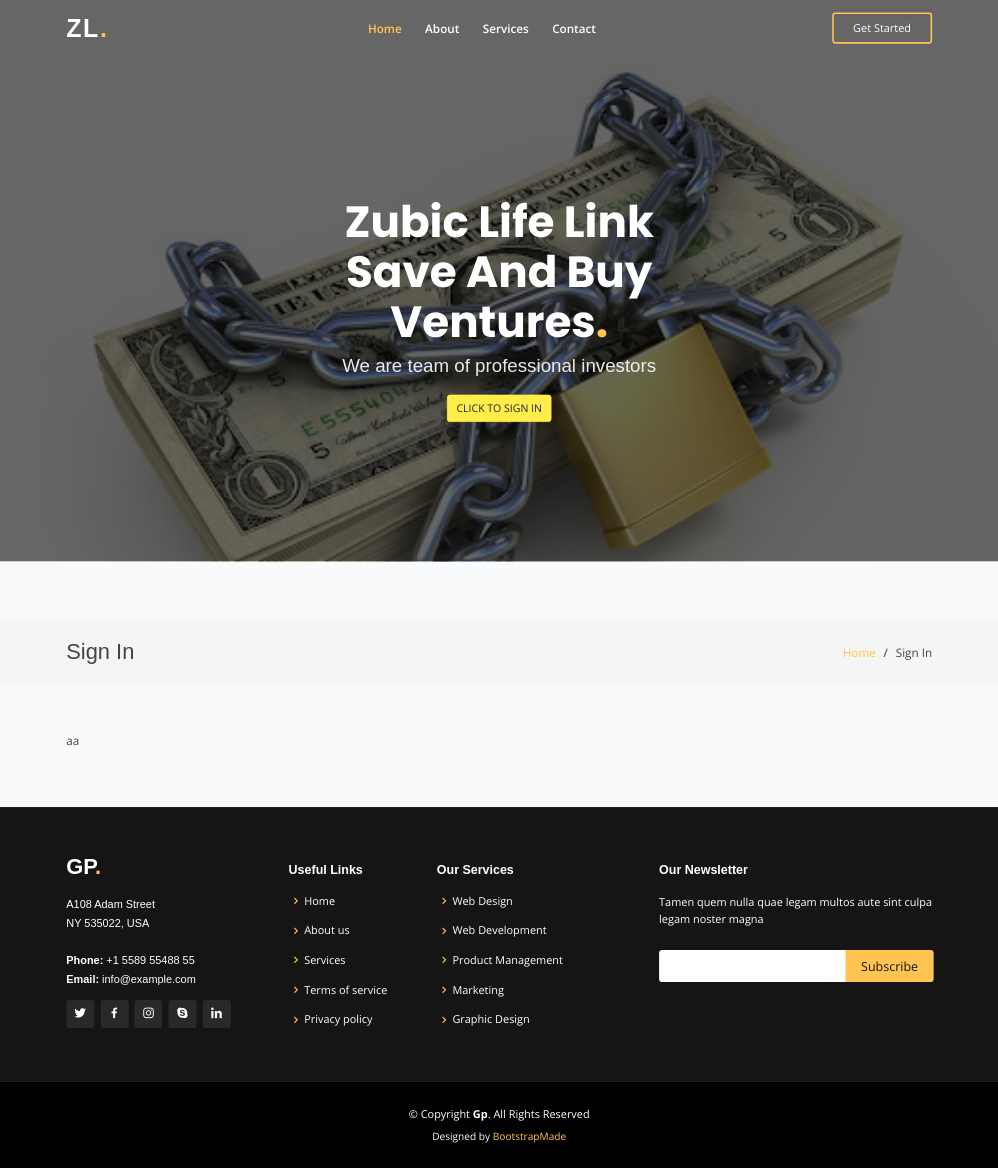
Repository: seyicoded/Zubi-Life-Ventures
Page: http://localhost/safelock
These files come from the project's save history. The page is drawn as it stood at one moment and after the next save; the edit follows.
The browser window is 1280 px wide. The pictures show the whole page, at 78% of full size.
Backgrounds fixed to the window are drawn as part of the page. Some web fonts or font styles are not loaded; a fallback is used. The page is served by the project's Laravel application, run on PHP 8.4 with Laravel 8. Other server files are loaded and not shown. The database holds what the project's SQL file puts in it.

Above is the page before, as saved 2021-11-12 22:59:40.

### routes/web.php
<?php

/*
|--------------------------------------------------------------------------
| Web Routes
|--------------------------------------------------------------------------
|
| Here is where you can register web routes for your application. These
| routes are loaded by the RouteServiceProvider within a group which
| contains the "web" middleware group. Now create something great!
|
*/

Route::get('/', 'Guest\Home@home');
Route::get('/sign-in', 'Guest\Home@signin');
Route::post('/sign-in', 'Guest\Home@signin_now');

// user aspect

// Admin aspect
Route::group(['namespace'=>'Admin', 'prefix' => 'admin'], function(){

    Route::get('/login', function () {
        return view('admin.signin');
    });
    Route::post('/login', 'Auth@login_admin');
    Route::post('/logout', 'Auth@logout_now');

    Route::group(['middleware'=>'admin_auth'], function(){
        Route::get('/', function () {
            return view('admin.home');
        });

        // category aspect
        Route::get('/create-category', 'Categories@create_view');
        Route::post('/create-category', 'Categories@create_now');
        Route::get('/view-category', 'Categories@view_all');
        Route::get('/edit-category/{c_id}', 'Categories@edit_view');
        Route::post('/edit-category/{c_id}', 'Categories@edit_now');

        // package aspect
        Route::get('/create-package', 'Packages@create_view');
        Route::post('/create-package', 'Packages@create_now');
        Route::get('/view-packages', 'Packages@view_packages');
        Route::get('/edit-package/{p_id}', 'Packages@edit_view');
        Route::post('/edit-package/{p_id}', 'Packages@edit_now');
        Route::get('/delete-package-other-image/{po_id}', 'Packages@delete_po_now');

        // workers
        Route::get('/create-worker', 'Workers@create_worker');
        Route::post('/create-worker', 'Workers@create_worker_now');
        Route::get('/view-workers', 'Workers@view_workers');
        Route::get('/edit-worker/{a_id}', 'Workers@edit_view');
        Route::post('/edit-worker/{a_id}', 'Workers@edit_now');

        // investors aspect
        Route::get('/create-investor', 'Investors@create_investor');
        Route::post('/create-investor', 'Investors@create_investor_now');
        Route::get('/view-investors', 'Investors@view_investors');
        Route::get('/view-investors-under/{a_id}', 'Investors@view_investors_under');
        Route::get('/edit-investor/{i_id}', 'Investors@edit_investor');
        Route::post('/edit-investor/{i_id}', 'Investors@edit_investor_now');


    });

});

// user aspect
Route::group(['namespace'=>'User'], function(){

    // bottom side for dynamic category route and it content
    Route::get('/{route_name}', 'Logic1@view_categories');
});

### app/Http/Controllers/User/Logic1.php
<?php

namespace App\Http\Controllers\User;

use Illuminate\Http\Request;
use App\Http\Controllers\Controller;
use Illuminate\Support\Facades\DB;

class Logic1 extends Controller
{
    public function view_categories($route_name){
        // echo $route_name;
        // get category information
        $cat_ = DB::select('SELECT * from category where route_name = ?', [$route_name]);
        if(count($cat_) == 0){
            return response('', 404);
        }
        $cat_dt = $cat_[0];
        $packages = DB::select('SELECT * from packages where c_id = ?', [$cat_dt->c_id]);
        return view('user.category')->with('data', ['cat' => $cat_dt, 'packages' => $packages]);
    }
}

### resources/views/user/category.blade.php
@extends('layout.app')

@section('content')
    <style>
        #hero{
            background-image: url("{{url('auto_images/category/'.$data['cat']->main_image)}}") !important;
        }
    </style>
    <!-- ======= Hero Section ======= -->
  <section id="hero" class="d-flex align-items-center justify-content-center">
    <div class="container" data-aos="fade-up">

      <div class="row justify-content-center" data-aos="fade-up" data-aos-delay="150">
        <div class="col-xl-6 col-lg-8">
            <h1>Zubic Life Link Save And Buy Ventures<span>.</span></h1>
            <h2>We are team of professional investors</h2>

            <br />
            <a name="" id="" class="btn btn-warning" href="#main" role="button">CLICK TO SIGN IN</a>
        </div>
      </div>

    </div>
  </section><!-- End Hero -->

  <main id="main">

    <!-- ======= Breadcrumbs ======= -->
    <section class="breadcrumbs">
      <div class="container">

        <div class="d-flex justify-content-between align-items-center">
          <h2>Sign In</h2>
          <ol>
            <li><a href="{{url('/')}}">Home</a></li>
            <li>Sign In</li>
          </ol>
        </div>

      </div>
    </section><!-- End Breadcrumbs -->

    <section class="inner-page">
      <div class="container">
        <p>
          aa
        </p>
      </div>
    </section>

  </main><!-- End #main -->
@endsection

### resources/views/layout/app.blade.php
<!DOCTYPE html>
<html lang="en">

<head>
  <meta charset="utf-8">
  <meta content="width=device-width, initial-scale=1.0" name="viewport">

  <title>Gp Bootstrap Template - Index</title>
  <meta content="" name="description">
  <meta content="" name="keywords">

  <!-- Favicons -->
  <link href="{{url('Gassets/img/favicon.png')}}" rel="icon">
  <link href="{{url('Gassets/img/apple-touch-icon.png')}}" rel="apple-touch-icon">

  <!-- Google Fonts -->
  <link href="https://fonts.googleapis.com/css?family=Open+Sans:300,300i,400,400i,600,600i,700,700i|Raleway:300,300i,400,400i,500,500i,600,600i,700,700i|Poppins:300,300i,400,400i,500,500i,600,600i,700,700i" rel="stylesheet">

  <!-- Vendor CSS Files -->
  <link href="{{url('Gassets/vendor/aos/aos.css')}}" rel="stylesheet">
  <link href="{{url('Gassets/vendor/bootstrap/css/bootstrap.min.css')}}" rel="stylesheet">
  <link href="{{url('Gassets/vendor/bootstrap-icons/bootstrap-icons.css')}}" rel="stylesheet">
  <link href="{{url('Gassets/vendor/boxicons/css/boxicons.min.css')}}" rel="stylesheet">
  <link href="{{url('Gassets/vendor/glightbox/css/glightbox.min.css')}}" rel="stylesheet">
  <link href="{{url('Gassets/vendor/remixicon/remixicon.css')}}" rel="stylesheet">
  <link href="{{url('Gassets/vendor/swiper/swiper-bundle.min.css')}}" rel="stylesheet">

  <!-- Template Main CSS File -->
  <link href="{{url('css/app.css')}}" rel="stylesheet">
  <link href="{{url('css/w3.css')}}" rel="stylesheet">
  <link href="{{url('Gassets/css/style.css')}}" rel="stylesheet">

  <!-- =======================================================
  * Template Name: Gp - v4.6.0
  * Template URL: https://bootstrapmade.com/gp-free-multipurpose-html-bootstrap-template/
  * Author: BootstrapMade.com
  * License: https://bootstrapmade.com/license/
  ======================================================== -->
</head>

<body>

    @include('layout.component.nav')

    @yield('content')

  @include('layout.component.footer')

  <div id="preloader"></div>
  <a href="#" class="back-to-top d-flex align-items-center justify-content-center"><i class="bi bi-arrow-up-short"></i></a>

  <!-- Vendor JS Files -->
  <script src="{{('Gassets/vendor/aos/aos.js')}}"></script>
  <script src="{{('Gassets/vendor/bootstrap/js/bootstrap.bundle.min.js')}}"></script>
  <script src="{{('Gassets/vendor/glightbox/js/glightbox.min.js')}}"></script>
  <script src="{{('Gassets/vendor/isotope-layout/isotope.pkgd.min.js')}}"></script>
  <script src="{{('Gassets/vendor/php-email-form/validate.js')}}"></script>
  <script src="{{('Gassets/vendor/purecounter/purecounter.js')}}"></script>
  <script src="{{('Gassets/vendor/swiper/swiper-bundle.min.js')}}"></script>

  <!-- Template Main JS File -->
  <script src="{{('js/app.js')}}"></script>
  <script src="{{('Gassets/js/main.js')}}"></script>

</body>

</html>

### resources/views/layout/component/nav.blade.php
<?php
    $is_signed = isset($_COOKIE[sha1('is_user_signed_in_zubi_venture')]);

?>
<!-- ======= Header ======= -->
<header id="header" class="fixed-top ">
    <div class="container d-flex align-items-center justify-content-lg-between">

      <h1 class="logo me-auto me-lg-0"><a href="{{url('/')}}">ZL<span>.</span></a></h1>
      <!-- Uncomment below if you prefer to use an image logo -->
      <!-- <a href="index.html" class="logo me-auto me-lg-0"><img src="Gassets/img/logo.png" alt="" class="img-fluid"></a>-->

      <nav id="navbar" class="navbar order-last order-lg-0">
          {{-- for un-signed users --}}
          @if (!$is_signed)
            <ul>
                <li><a class="nav-link scrollto active" href="#hero">Home</a></li>
                <li><a class="nav-link scrollto" href="#about">About</a></li>
                <li><a class="nav-link scrollto" href="#services">Services</a></li>
                <li><a class="nav-link scrollto" href="#contact">Contact</a></li>
            </ul>
          @endif

          {{-- for un-signed users --}}
          @if ($is_signed)
            <ul>
                <li><a class="nav-link scrollto active" href="#hero">Home</a></li>
                <li><a class="nav-link scrollto" href="#about">About</a></li>
                <li><a class="nav-link scrollto" href="#services">Services</a></li>
                <li><a class="nav-link scrollto" href="#contact">Contact</a></li>
                {{-- <li><a class="nav-link scrollto " href="#portfolio">Portfolio</a></li> --}}
                {{-- <li><a class="nav-link scrollto" href="#team">Team</a></li> --}}
                <li class="dropdown"><a href="#"><span>{{base64_decode($_COOKIE[(sha1('user_name_in_zubi_venture'))])}} ({{base64_decode($_COOKIE[(sha1('user_code_in_zubi_venture'))])}}) </span> <i class="bi bi-chevron-down"></i></a>
                <ul>
                    <li><a href="#">My Investments</a></li>
                    {{-- <li class="dropdown"><a href="#"><span>Deep Drop Down</span> <i class="bi bi-chevron-right"></i></a>
                    <ul>
                        <li><a href="#">Deep Drop Down 1</a></li>
                        <li><a href="#">Deep Drop Down 2</a></li>
                        <li><a href="#">Deep Drop Down 3</a></li>
                        <li><a href="#">Deep Drop Down 4</a></li>
                        <li><a href="#">Deep Drop Down 5</a></li>
                    </ul>
                    </li> --}}
                    <li><a href="#">Card Management</a></li>
                    <li><a href="#">Withdrawals</a></li>
                    <li><a href="#">Logout</a></li>
                </ul>
                </li>
            </ul>
          @endif

        <i class="bi bi-list mobile-nav-toggle"></i>
      </nav><!-- .navbar -->

      @if (!$is_signed)
      <a href="{{url('sign-in')}}" class="get-started-btn scrollto">Get Started</a>
      @endif


    </div>
  </header><!-- End Header -->

### resources/views/layout/component/footer.blade.php
<!-- ======= Footer ======= -->
<footer id="footer">
    <div class="footer-top">
      <div class="container">
        <div class="row">

          <div class="col-lg-3 col-md-6">
            <div class="footer-info">
              <h3>Gp<span>.</span></h3>
              <p>
                A108 Adam Street <br>
                NY 535022, USA<br><br>
                <strong>Phone:</strong> +1 5589 55488 55<br>
                <strong>Email:</strong> info@example.com<br>
              </p>
              <div class="social-links mt-3">
                <a href="#" class="twitter"><i class="bx bxl-twitter"></i></a>
                <a href="#" class="facebook"><i class="bx bxl-facebook"></i></a>
                <a href="#" class="instagram"><i class="bx bxl-instagram"></i></a>
                <a href="#" class="google-plus"><i class="bx bxl-skype"></i></a>
                <a href="#" class="linkedin"><i class="bx bxl-linkedin"></i></a>
              </div>
            </div>
          </div>

          <div class="col-lg-2 col-md-6 footer-links">
            <h4>Useful Links</h4>
            <ul>
              <li><i class="bx bx-chevron-right"></i> <a href="#">Home</a></li>
              <li><i class="bx bx-chevron-right"></i> <a href="#">About us</a></li>
              <li><i class="bx bx-chevron-right"></i> <a href="#">Services</a></li>
              <li><i class="bx bx-chevron-right"></i> <a href="#">Terms of service</a></li>
              <li><i class="bx bx-chevron-right"></i> <a href="#">Privacy policy</a></li>
            </ul>
          </div>

          <div class="col-lg-3 col-md-6 footer-links">
            <h4>Our Services</h4>
            <ul>
              <li><i class="bx bx-chevron-right"></i> <a href="#">Web Design</a></li>
              <li><i class="bx bx-chevron-right"></i> <a href="#">Web Development</a></li>
              <li><i class="bx bx-chevron-right"></i> <a href="#">Product Management</a></li>
              <li><i class="bx bx-chevron-right"></i> <a href="#">Marketing</a></li>
              <li><i class="bx bx-chevron-right"></i> <a href="#">Graphic Design</a></li>
            </ul>
          </div>

          <div class="col-lg-4 col-md-6 footer-newsletter">
            <h4>Our Newsletter</h4>
            <p>Tamen quem nulla quae legam multos aute sint culpa legam noster magna</p>
            <form action="" method="post">
              <input type="email" name="email"><input type="submit" value="Subscribe">
            </form>

          </div>

        </div>
      </div>
    </div>

    <div class="container">
      <div class="copyright">
        &copy; Copyright <strong><span>Gp</span></strong>. All Rights Reserved
      </div>
      <div class="credits">
        <!-- All the links in the footer should remain intact. -->
        <!-- You can delete the links only if you purchased the pro version. -->
        <!-- Licensing information: https://bootstrapmade.com/license/ -->
        <!-- Purchase the pro version with working PHP/AJAX contact form: https://bootstrapmade.com/gp-free-multipurpose-html-bootstrap-template/ -->
        Designed by <a href="https://bootstrapmade.com/">BootstrapMade</a>
      </div>
    </div>
  </footer><!-- End Footer -->

### database/zubi_venture 12:11:2021 lastest.sql (the tables this page reads)
CREATE TABLE `packages` (
  `p_id` int(11) NOT NULL,
  `c_id` int(11) NOT NULL,
  `p_name` text NOT NULL,
  `p_route_name` text NOT NULL,
  `p_desc` longblob NOT NULL,
  `p_image` text NOT NULL,
  `duration` int(11) NOT NULL COMMENT 'in days',
  `amount_type` int(11) NOT NULL DEFAULT 1,
  `amount_one` int(11) NOT NULL,
  `amount_two` int(11) NOT NULL,
  `currency` varchar(7600) NOT NULL DEFAULT 'NGN',
  `status` int(1) NOT NULL DEFAULT 1,
  `date_updated` timestamp NOT NULL DEFAULT current_timestamp() ON UPDATE current_timestamp(),
  `date_created` timestamp NOT NULL DEFAULT current_timestamp()
) ENGINE=InnoDB DEFAULT CHARSET=utf8mb4;

INSERT INTO `packages` (`p_id`, `c_id`, `p_name`, `p_route_name`, `p_desc`, `p_image`, `duration`, `amount_type`, `amount_one`, `amount_two`, `currency`, `status`, `date_updated`, `date_created`) VALUES
(16, 4, 'Beverages', 'beverages', 0x42657665726167657320697320617765736f6d652069206775657373, '1635581754.jpeg', 90, 1, 200, 0, 'NGN', 1, '2021-10-30 09:27:50', '2021-10-30 08:15:54');

ALTER TABLE `packages`
  ADD PRIMARY KEY (`p_id`);

ALTER TABLE `packages`
  MODIFY `p_id` int(11) NOT NULL AUTO_INCREMENT, AUTO_INCREMENT=17;

### database/zubi_venture.sql (the tables this page reads)
CREATE TABLE `category` (
  `c_id` int(11) NOT NULL,
  `route_name` varchar(760) NOT NULL,
  `category_name` text NOT NULL,
  `icon_name` text,
  `mini_desc` text NOT NULL,
  `main_image` text NOT NULL,
  `status` int(11) NOT NULL DEFAULT '1',
  `date` timestamp NOT NULL DEFAULT CURRENT_TIMESTAMP ON UPDATE CURRENT_TIMESTAMP
) ENGINE=InnoDB DEFAULT CHARSET=latin1;

INSERT INTO `category` (`c_id`, `route_name`, `category_name`, `icon_name`, `mini_desc`, `main_image`, `status`, `date`) VALUES
(1, 'furnitures', 'Furnitures', 'ri-bookmark-3-line', 'furnitures descriptions', '1634779586.jpeg', 1, '2021-10-21 23:01:23'),
(2, 'land-and-housing', 'Land & Housing', 'ri-home-smile-fill', 'land and housing', '1634857508.png', 1, '2021-10-21 23:05:23'),
(3, 'electronics', 'Electronics', 'ri-macbook-fill', 'electronics', '1634857634.png', 1, '2021-10-21 23:07:14'),
(4, 'food-stock', 'Food Stock', 'ri-capsule-fill', 'food stuff', '1634858506.png', 1, '2021-10-21 23:21:46'),
(5, 'safelock', 'SafeLock', 'ri-rotate-lock-fill', 'safe lock', '1634858685.png', 1, '2021-10-21 23:24:45');

ALTER TABLE `category`
  ADD PRIMARY KEY (`c_id`),
  ADD UNIQUE KEY `route_name` (`route_name`);

ALTER TABLE `category`
  MODIFY `c_id` int(11) NOT NULL AUTO_INCREMENT, AUTO_INCREMENT=6;

Loaded but not shown: app/Http/Controllers/Controller.php (common file); public/css/app.css (library); public/css/w3.css (library); public/js/app.js (library); public/Gassets/js/main.js (287 lines, source omitted); public/Gassets/css/style.css (1347 lines, source omitted)

After the next save:
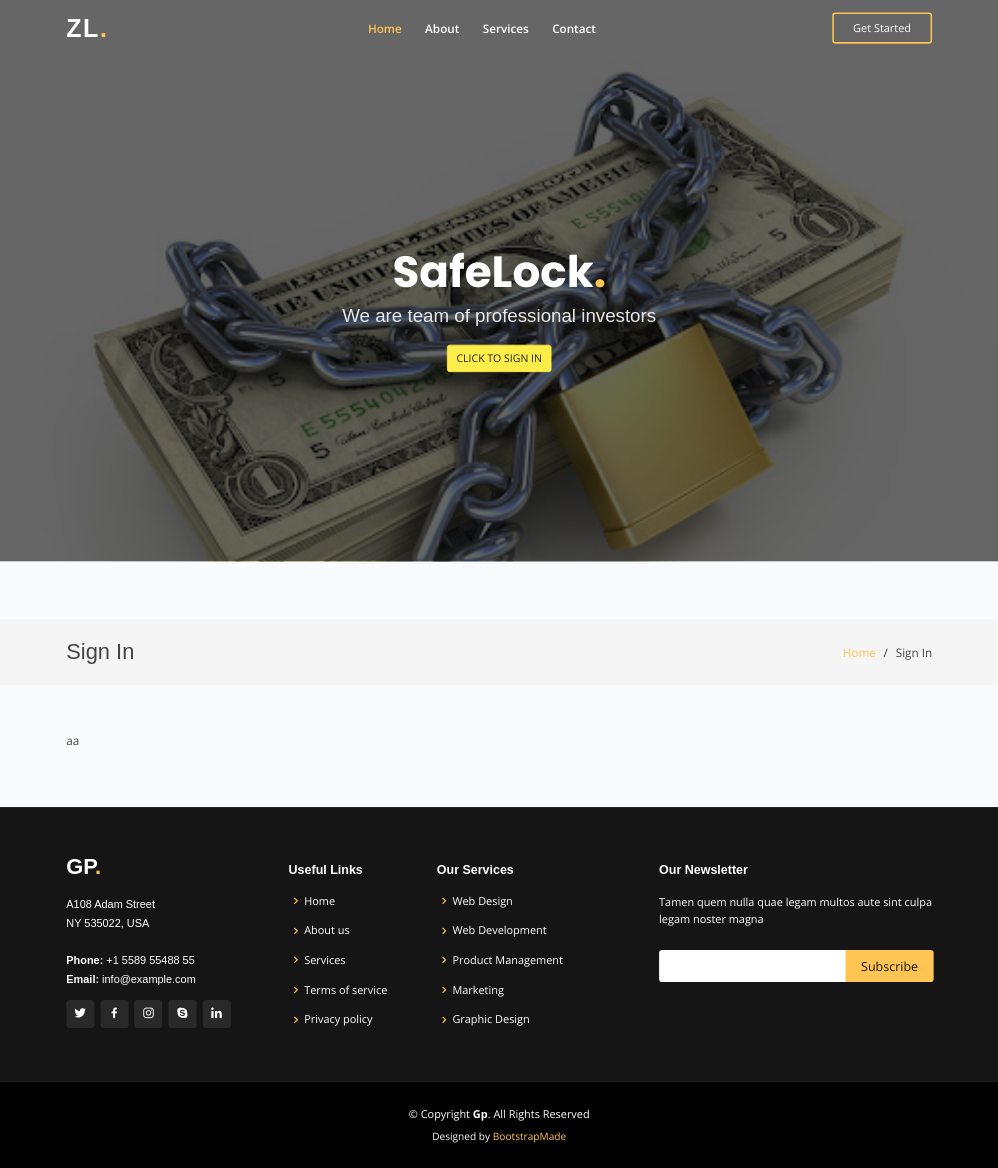
Saved 53 s later.
--- a/resources/views/user/category.blade.php
+++ b/resources/views/user/category.blade.php
@@ -12,7 +12,7 @@
 
       <div class="row justify-content-center" data-aos="fade-up" data-aos-delay="150">
         <div class="col-xl-6 col-lg-8">
-            <h1>Zubic Life Link Save And Buy Ventures<span>.</span></h1>
+            <h1>{{$data['cat']->category_name}}<span>.</span></h1>
             <h2>We are team of professional investors</h2>
 
             <br />
